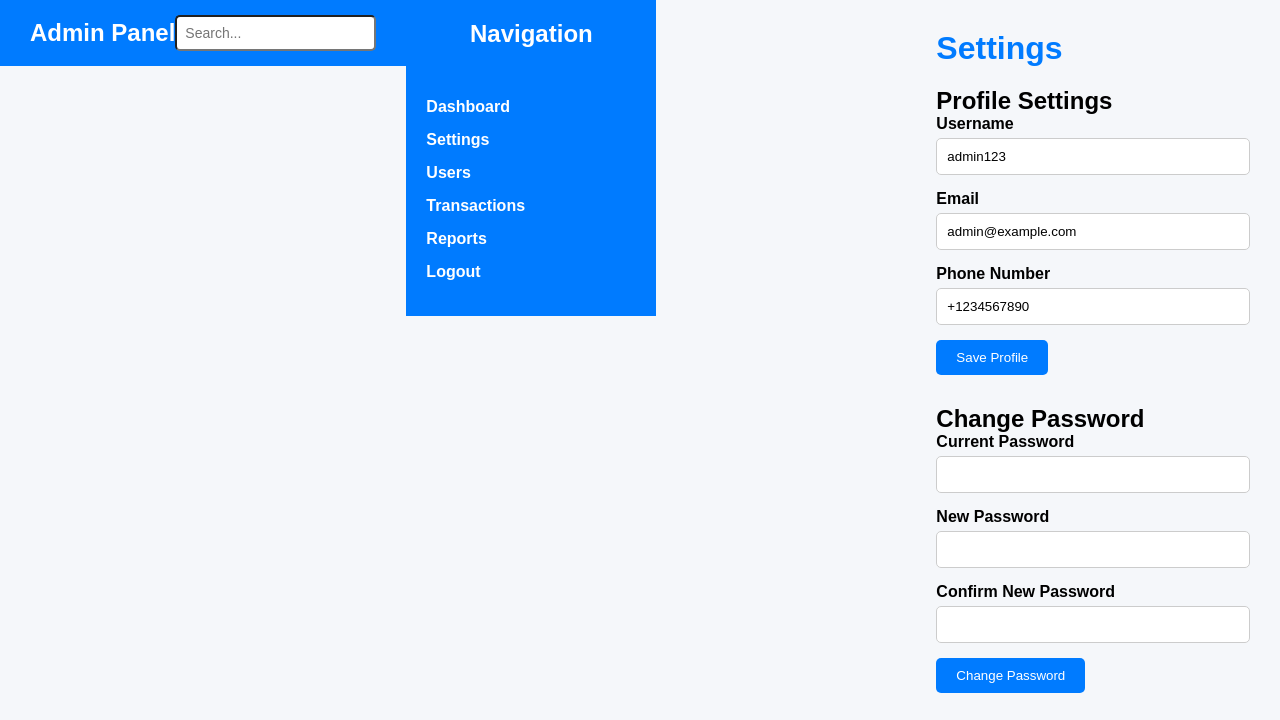
Repository: 2025silverx/slivedrX
Page: setting.html
These files come from the project's save history. The page is drawn as it stood at one moment and after the next save; the edit follows.
The browser window is 1280 px wide. The pictures show the whole page.
An inner scrolling area shows only its first screen.

Above is the page before, as saved 2025-01-05 00:18:36.

After the next save:
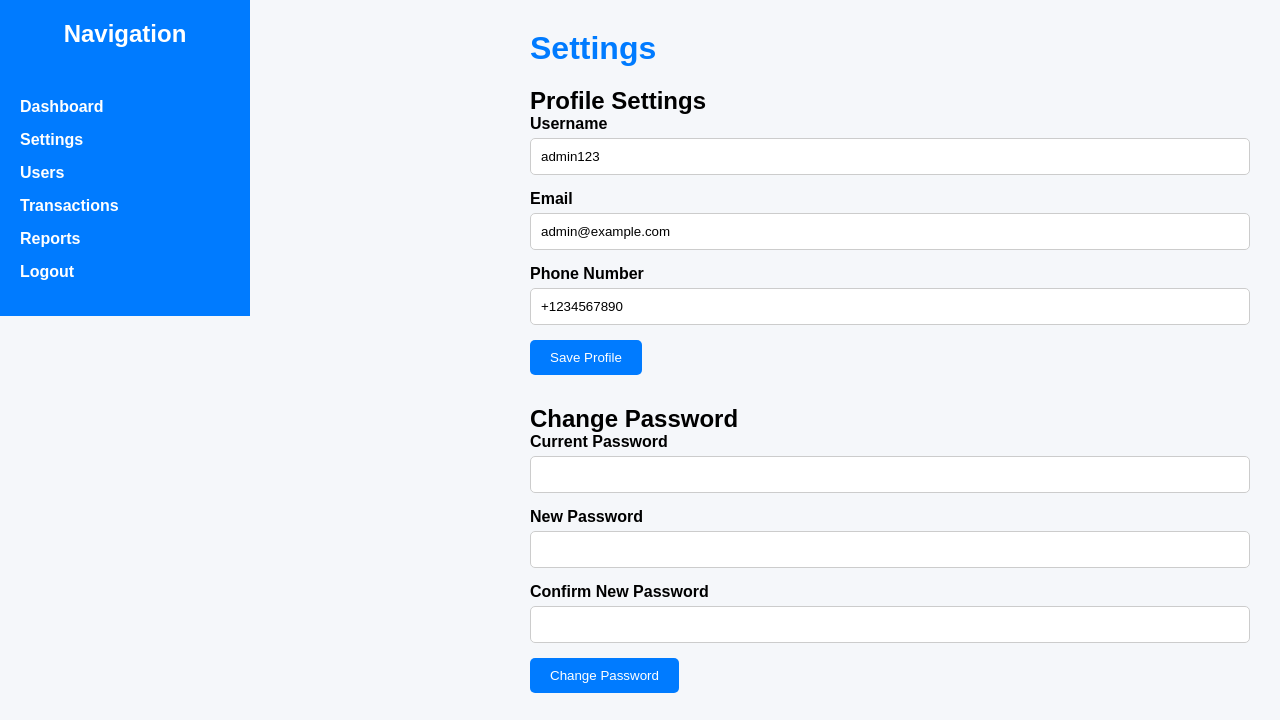
Saved 35 s later.
--- a/setting.html
+++ b/setting.html
@@ -8,16 +8,7 @@
 </head>
 <body>
     <!-- Header / Navigation Bar -->
-    <div id="header-container">
-        <header class="header">
-            <div class="header-left">
-                <h2>Admin Panel</h2>
-            </div>
-            <div class="header-right">
-                <input type="text" class="search-bar" placeholder="Search...">
-            </div>
-        </header>
-    </div>
+
 
     <!-- Sidebar -->
     <div id="sidebar-container">
